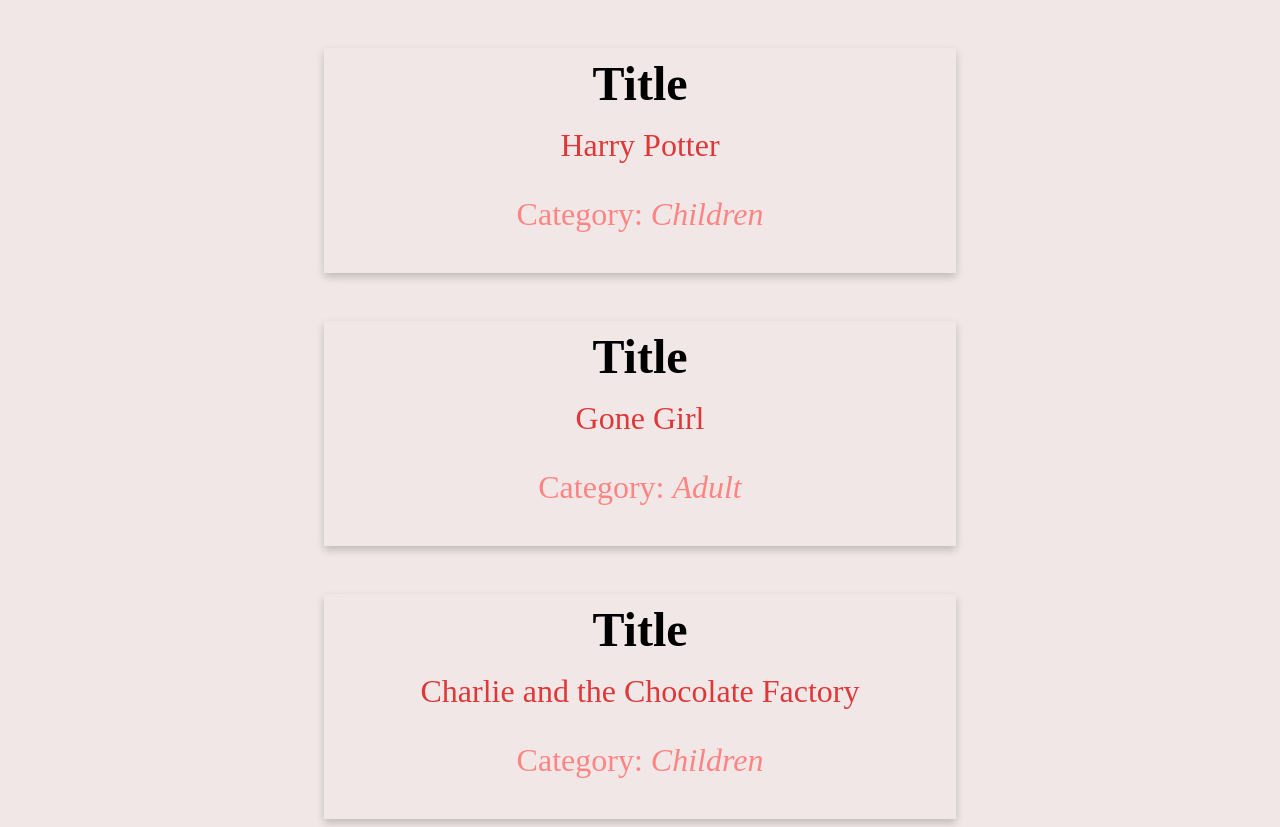
Repository: cyborgEneki/archangel-code-challenge
Page: index.html
These files come from the project's save history. The page is drawn as it stood at one moment and after a run of saves; the edit follows.
The browser window is 1280 px wide. The pictures show the whole page.
The style sheet was rebuilt from its Sass, Less or Tailwind sources for each picture, by a compiler version that may differ from the author's.

Above is the page before, as saved 2020-11-05 14:22:06.

After the next 2 saves:
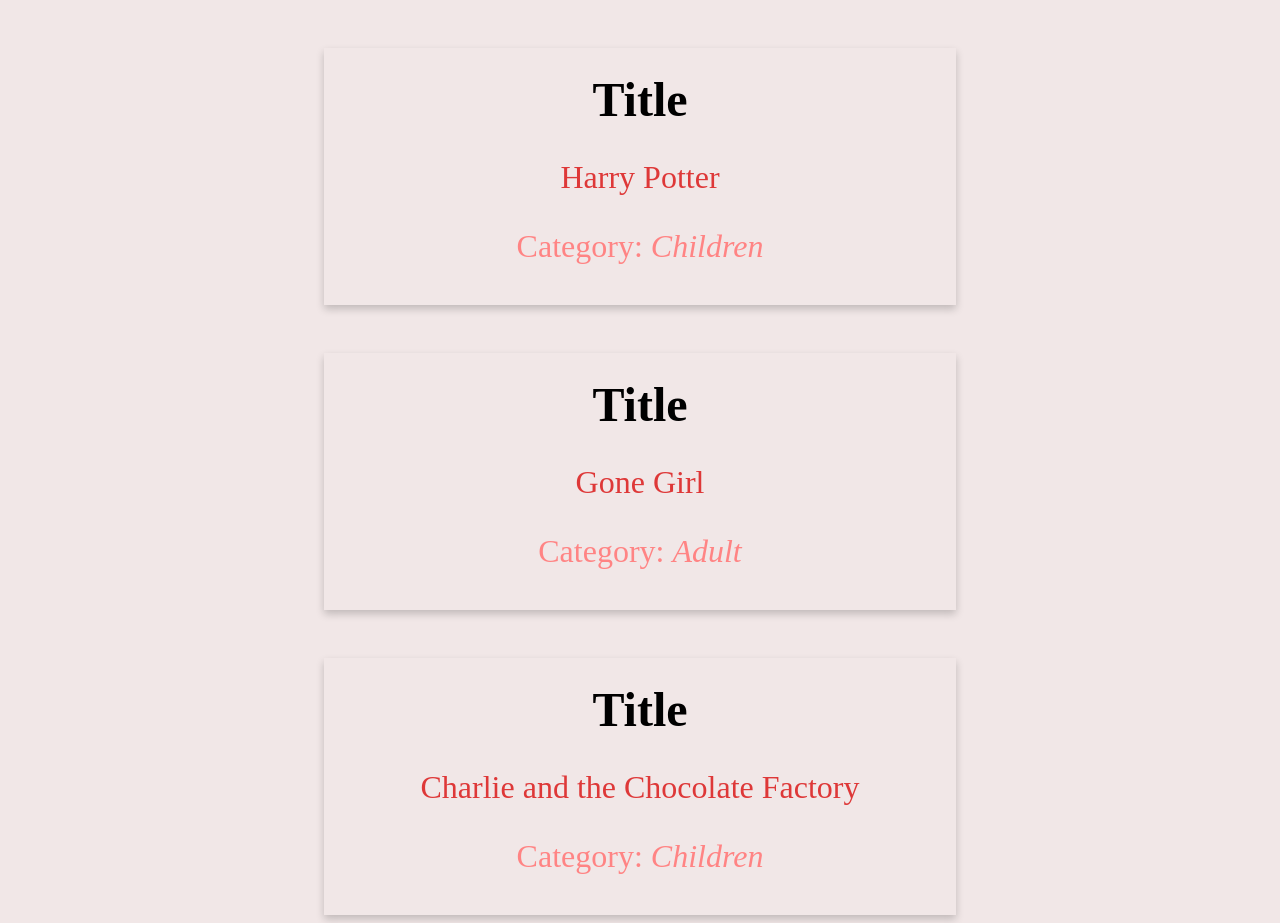
The 2 saves are shown as one change because they came seconds apart.
The last was saved 64 s later.
--- a/scss/styles.scss
+++ b/scss/styles.scss
@@ -18,13 +18,13 @@
     &__heading {
         font-size: 3rem;
         text-align: center;
+        margin: 1rem auto;
     }
 
     &__title-text {
         text-align: center;
         font-size: 2rem;
         color: #de3838;
-        margin: 1rem auto;
     }
 
     &__category-text {
